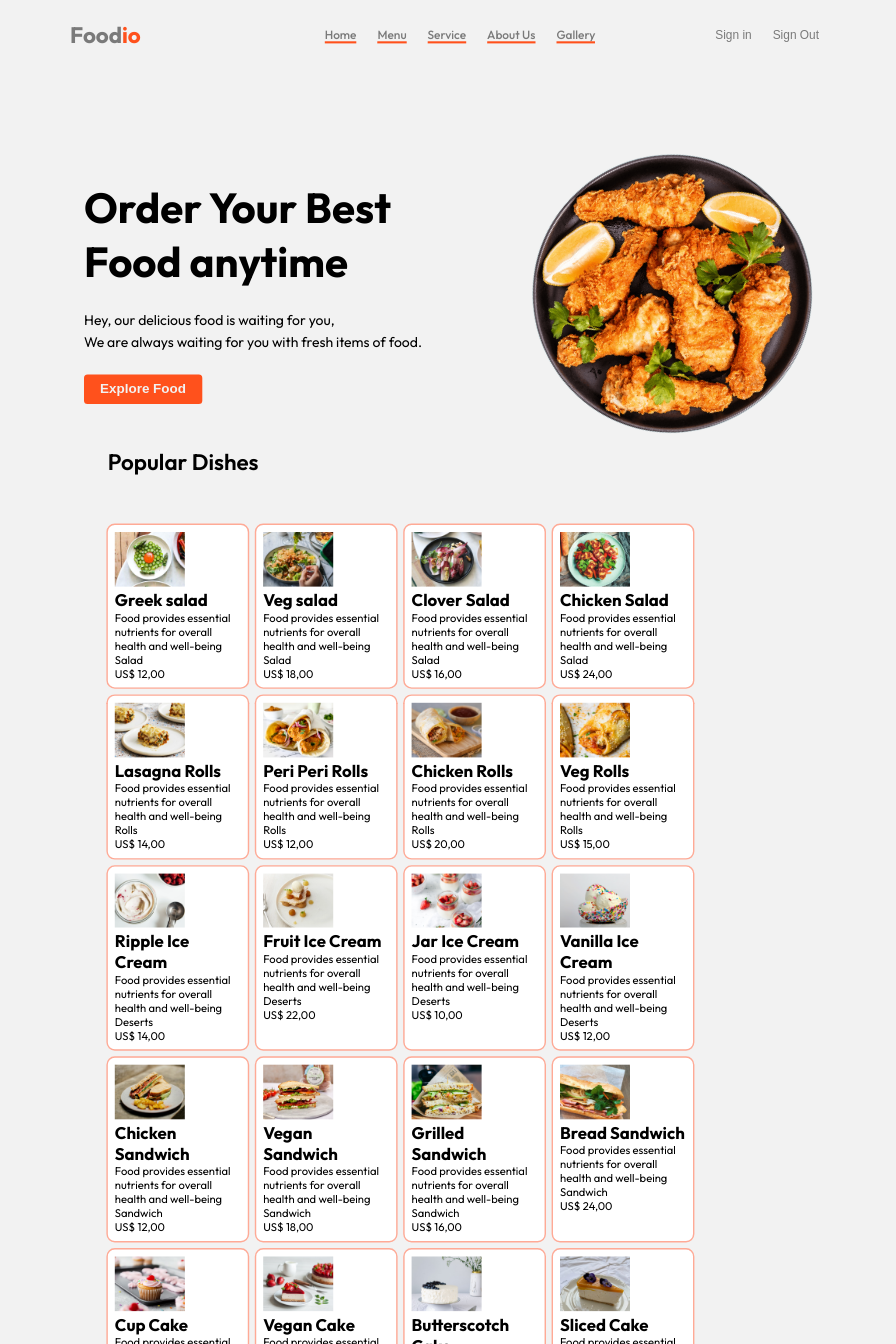
Repository: guilhermecardoso93/foodio
Page: /
An editor plug-in stored every save of this project. The page is shown before and after the next save, followed by the edit.
The browser window is 1280 px wide. The pictures show the part of the page from y = 0 to 1920 px (the page is 2858 px tall before and 3169 px after), at 70% of full size.
The project was rebuilt for these pictures with package versions that can differ from the ones it lists, and the page was loaded fresh each time. Also part of the build but not shown: vite.config.js, src/index.css.

Above is the page before, as saved 2024-11-05 20:12:11.

After the next save:
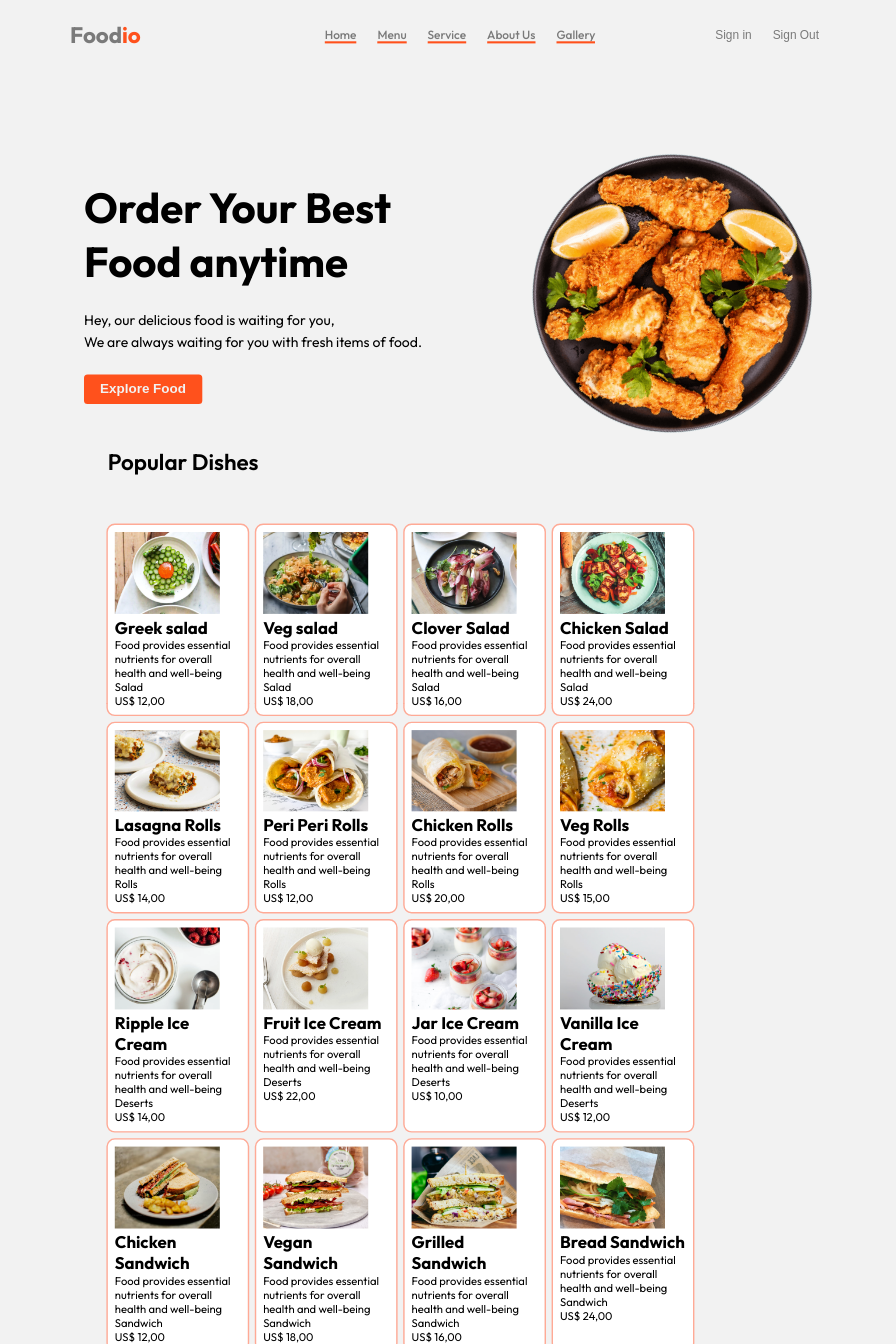
Saved 6 s later.
--- a/src/components/CardItem/styles.css
+++ b/src/components/CardItem/styles.css
@@ -10,5 +10,5 @@
 }
 
 .card img {
-  width: 100px;
+  width: 150px;
 }
